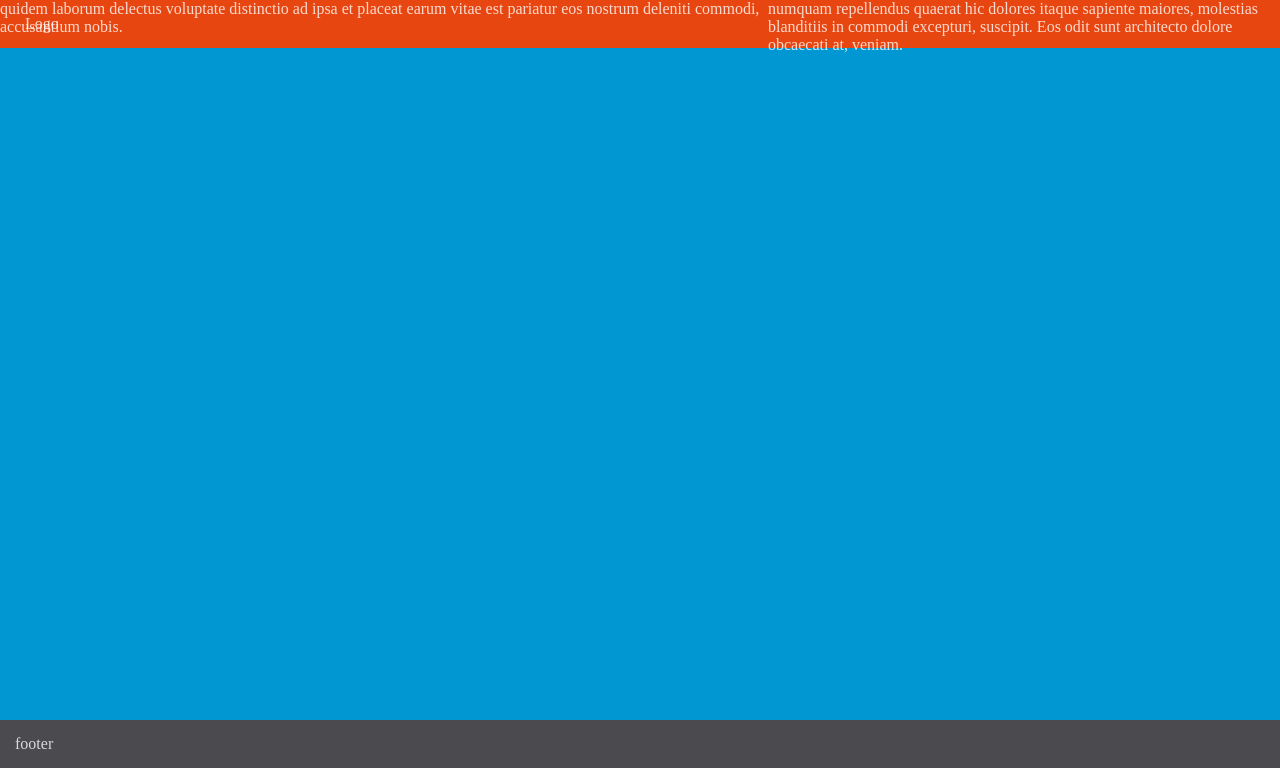
Repository: Matt-F90/mini-project
Page: index.html
The author's editor kept a record of every edit. The page is drawn from the files as they stood at one moment, then again after the next edit.
The browser window is 1280 px wide. The pictures show the whole page.

Above is the page before.

### index.html
<!DOCTYPE html>
<html lang="en">
<head>
    <meta charset="UTF-8">
    <meta name="viewport" content="width=device-width, initial-scale=1.0">
    <meta http-equiv="X-UA-Compatible" content="ie=edge">
    <link rel="stylesheet" type="text/css" href="main.css">
    <title>Document</title>
</head>
<body>
    <main class="main">
        <header class="header">
            <div class="logo">Logo</div>
        </header>


        <section class="section">
          <div class="vcentre">
              <article class="article column column-60">
              <p class="section-paragraph">
                  Lorem ipsum dolor sit amet, consectetur adipisicing elit. Eius obcaecati assumenda omnis, sunt optio sequi vitae ad cumque atque dignissimos aspernatur illo vel animi amet, iusto dolores! Mollitia obcaecati recusandae reiciendis quidem laborum delectus voluptate distinctio ad ipsa et placeat earum vitae est pariatur eos nostrum deleniti commodi, accusantium nobis.
              </p>
          </article>
          <aside class="aside column column-40">
              <p class="section-paragraph">
                  Lorem ipsum dolor sit amet, consectetur adipisicing elit. Expedita voluptate harum reiciendis architecto? Voluptatibus impedit laudantium placeat voluptates. Placeat a perspiciatis id, totam facilis debitis, ab consectetur porro numquam repellendus quaerat hic dolores itaque sapiente maiores, molestias blanditiis in commodi excepturi, suscipit. Eos odit sunt architecto dolore obcaecati at, veniam.
              </p>
          </aside>
          </div>
        </section>

        <footer class="footer">
            footer
        </footer>
          </main>
</body>
</html>

### main.css
body, html {
    height:100%;
    margin: 0;
    color: rgba(255, 255, 255, .8)
}

.header {
    position: fixed;
    top: 0;
    left: 0;
    right: 0;
    background-color: #e84610;
    padding: 15px 25px;
}

.main {
    height:100%;
}

.section {
    background-color: #0097d3;
    height: 100%;
}
.article, .aside {
    position: relative;
    top: 50%;
    transform: translateY(-50%);
}

.section-paragaph {
    font-size: 1em;
    margin: 25px;
}

.footer {
    background-color: #4a4a4f;
    padding: 15px
}

.column {
    float: left
}

@media (min-width: 768px) {
    .column-60 {
        width: 60%;
    }
    .column-40 {
        width: 40%;
    }
}

After the next edit:
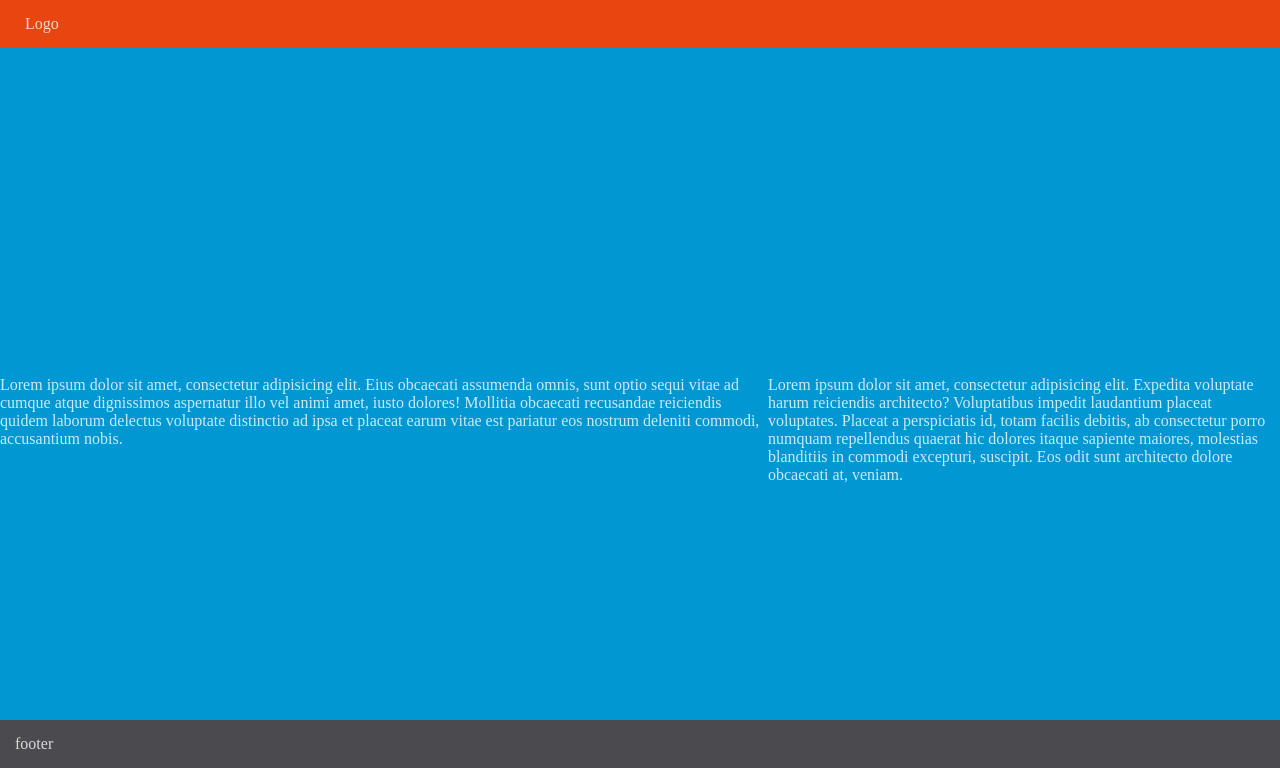
The edit:
--- a/main.css
+++ b/main.css
@@ -21,7 +21,7 @@
     background-color: #0097d3;
     height: 100%;
 }
-.article, .aside {
+.vcentre {
     position: relative;
     top: 50%;
     transform: translateY(-50%);
